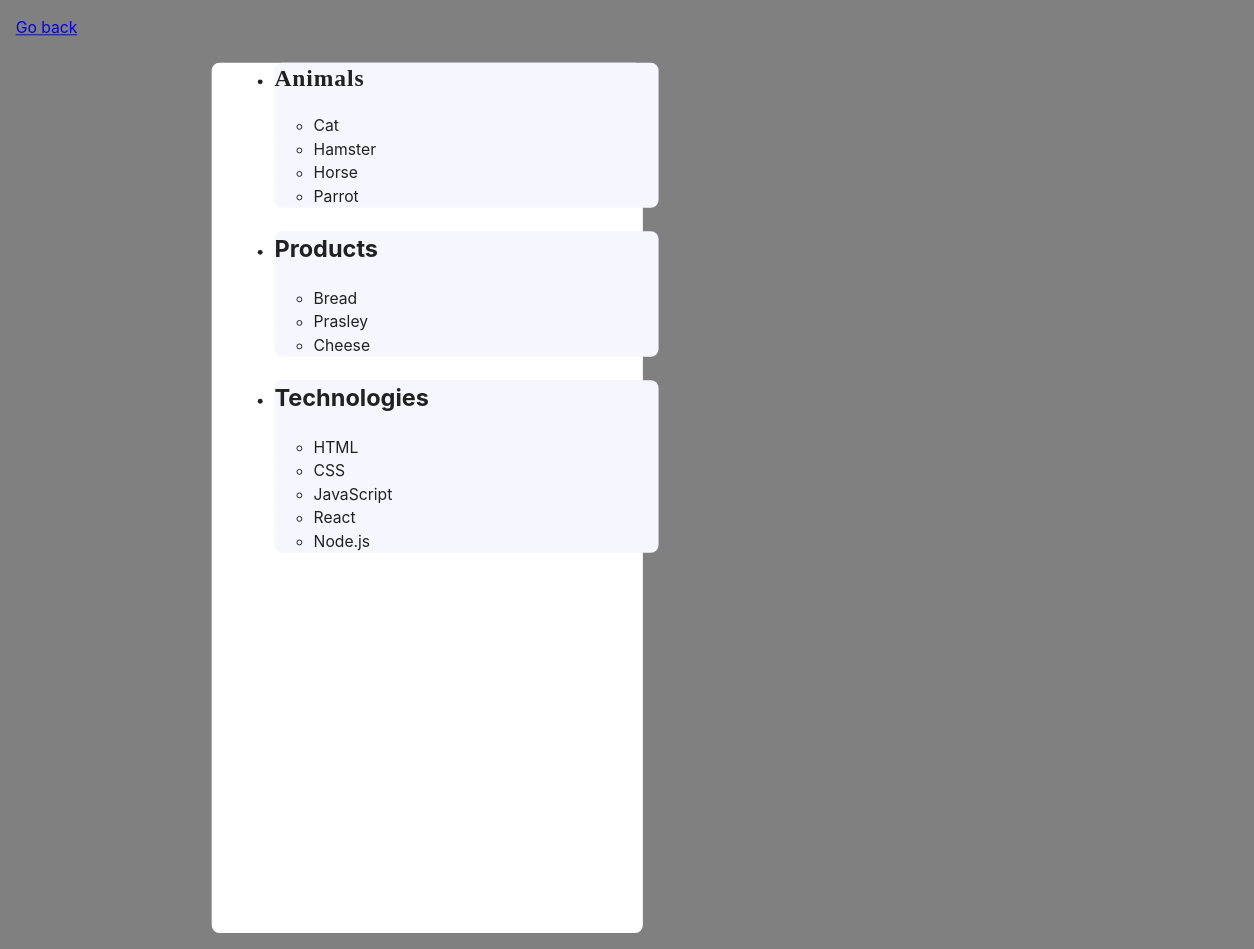
Repository: ViacheslavParfenenko/goit-js-hw-07
Page: task-1.html
The author's editor kept a copy of each file at every save. The page is drawn from the files as they stood at one save, then again after the next save.
The browser window is 1280 px wide. The pictures show the whole page, at 98% of full size.

Above is the page before, as saved 2024-07-09 17:19:11.

After the next save:
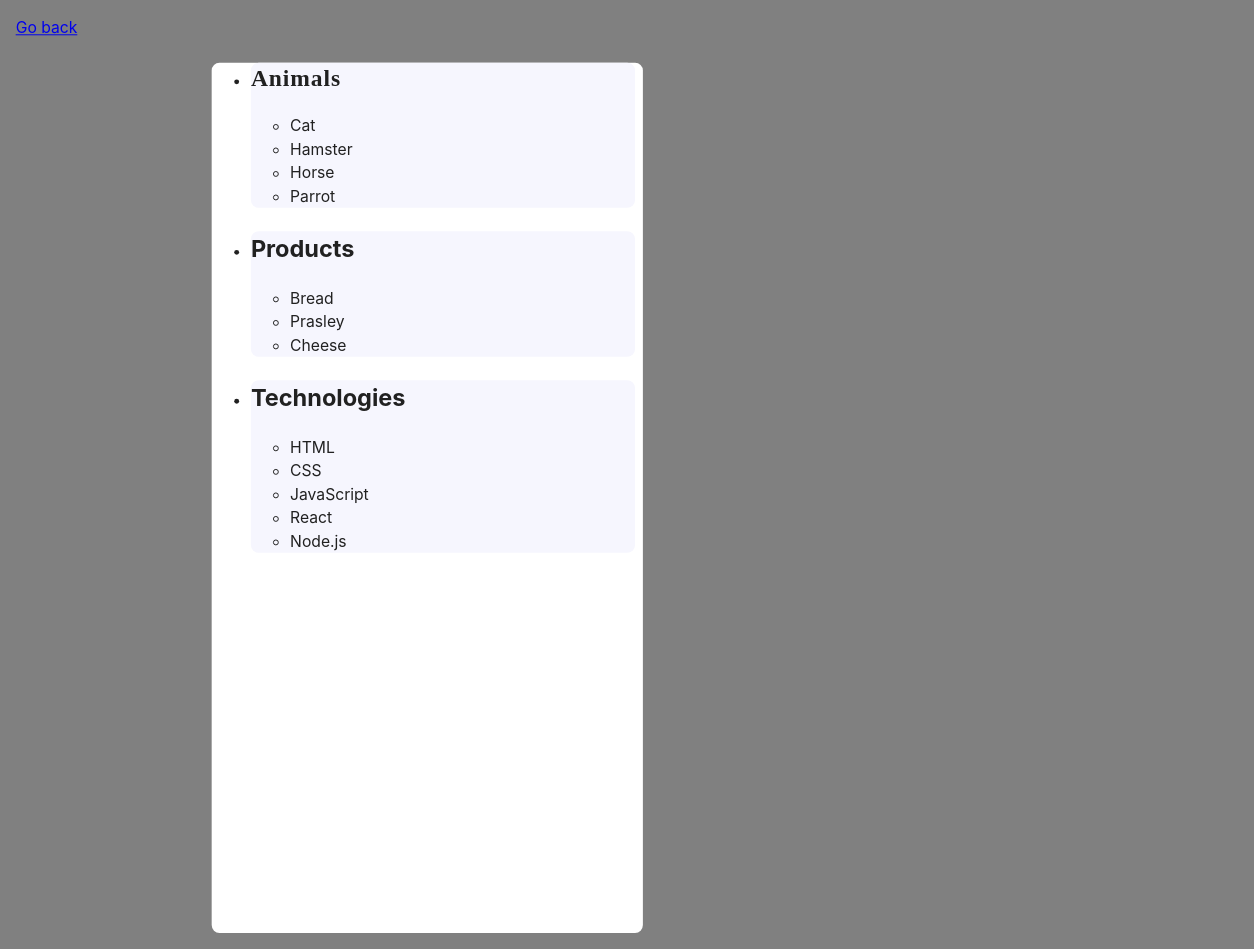
Saved 21 s later.
--- a/css/common.css
+++ b/css/common.css
@@ -25,7 +25,7 @@ body {
 
 .item {
   flex: auto;
-  margin: 24px;
+  margin-top: 24px;
   background-color: #f6f6fe;
   width: 392px;
   height: ;
